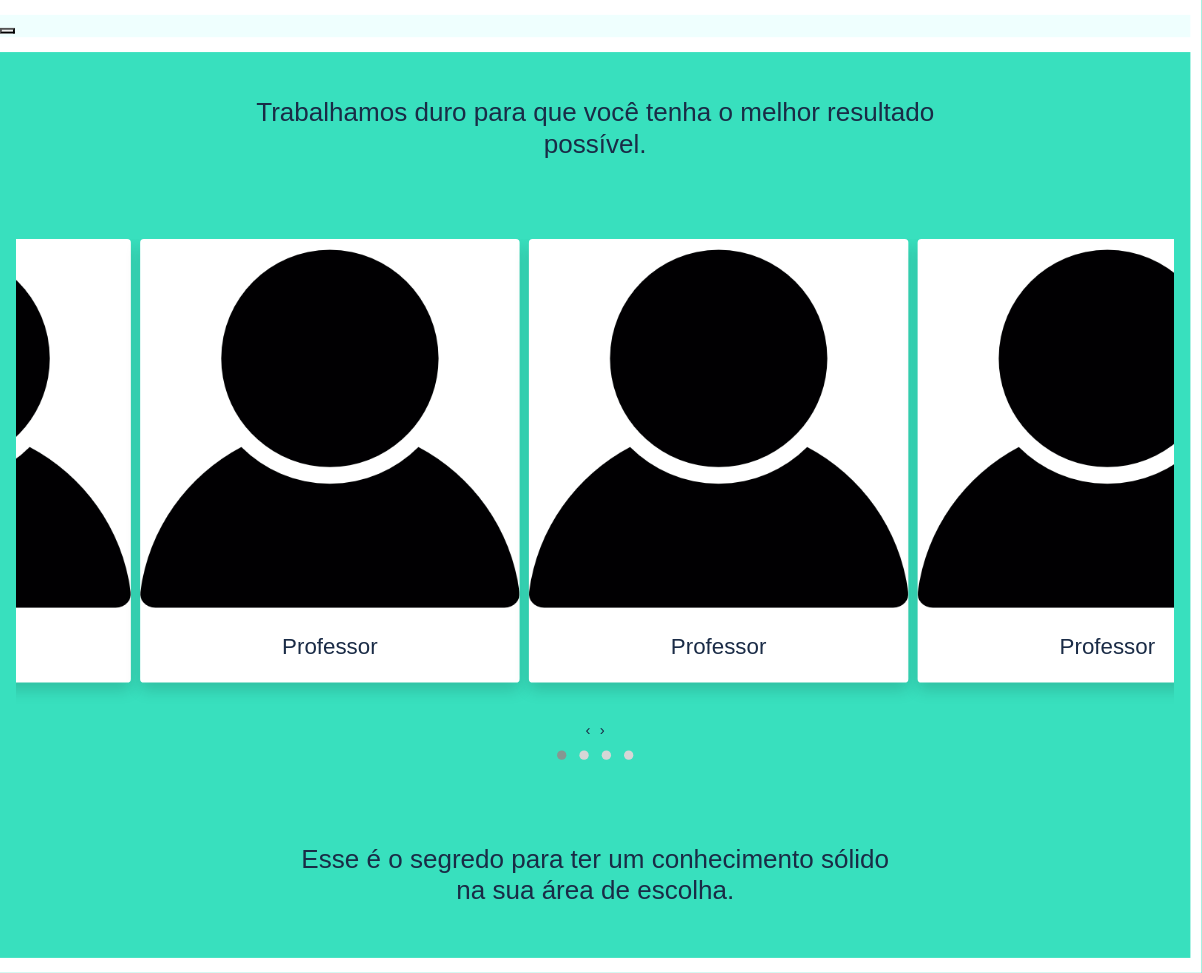
Repository: MarTech-Coders-Planejamento/site-oficial
Page: home.html
The author's editor kept a copy of each file at every save. The page is drawn from the files as they stood at one save, then again after the next save.
The browser window is 1280 px wide. The page is 1292 px wide, so the pictures cover 1292 px, including what lies to the right of the window. The pictures show the whole page, at 93% of full size.
Some web fonts or font styles are not loaded; a fallback is used.

Above is the page before, as saved 2021-10-23 13:32:27.

After the next save:
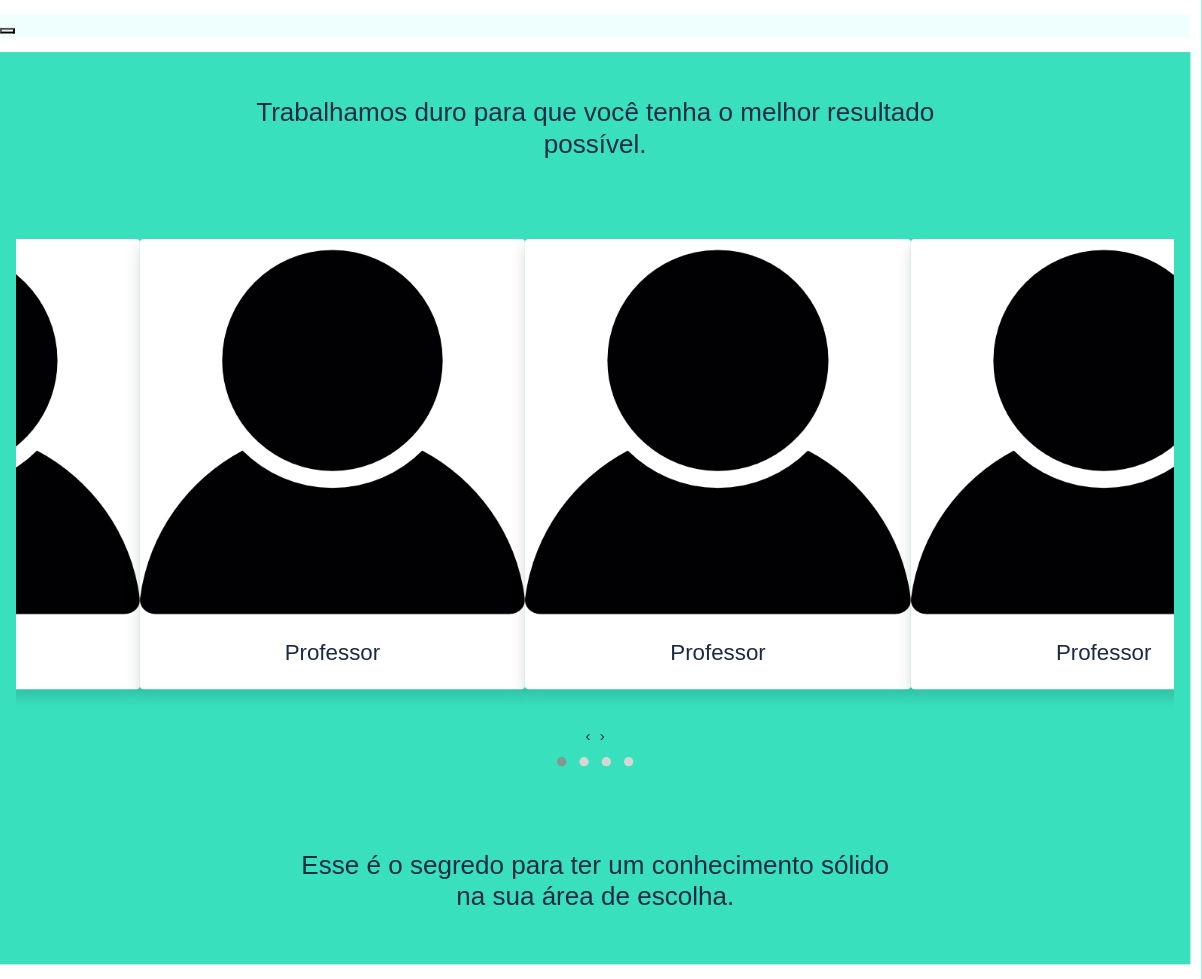
Saved 13 s later.
--- a/home.html
+++ b/home.html
@@ -294,7 +294,6 @@
       $(".owl-carousel").owlCarousel({
         loop: true,
         autoplay: true,
-        margin: 10,
         animateOut: "fadeOut",
         animateIn: "fadeIn",
         nav: true,

After the save that followed:
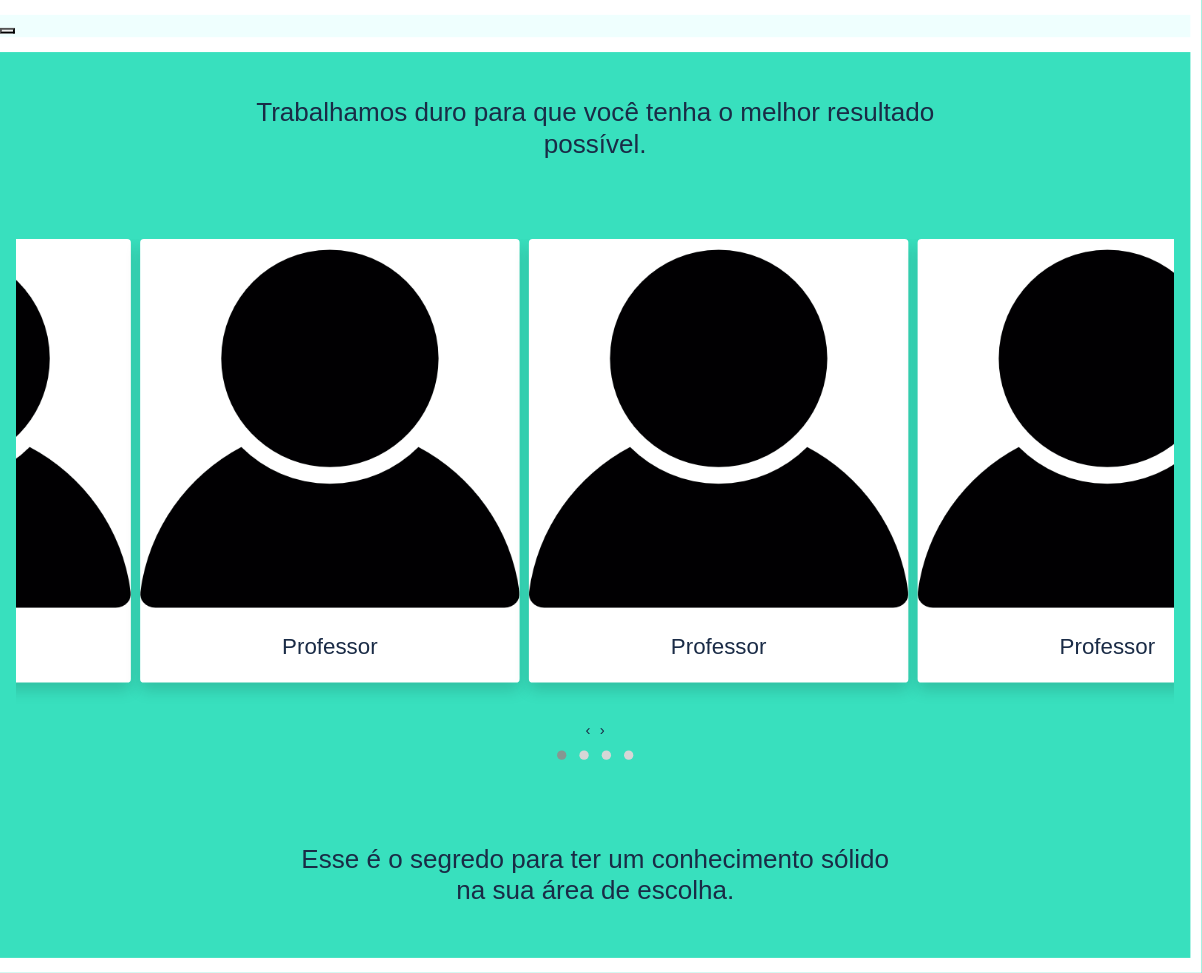
Saved 8 s later.
--- a/home.html
+++ b/home.html
@@ -294,6 +294,7 @@
       $(".owl-carousel").owlCarousel({
         loop: true,
         autoplay: true,
+        margin: 10,
         animateOut: "fadeOut",
         animateIn: "fadeIn",
         nav: true,
